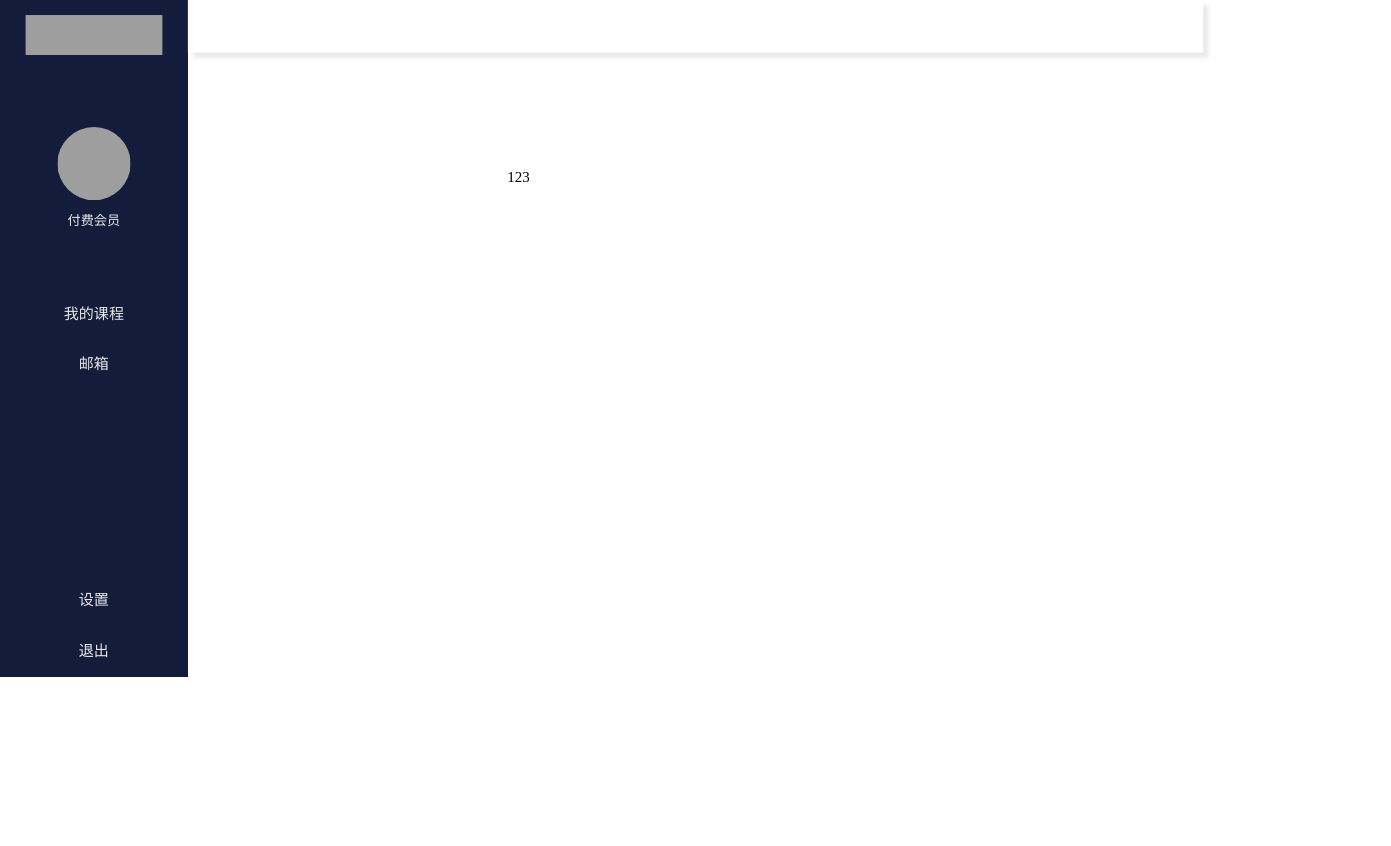
Repository: saswhite/banyuan-class
Page: / (app in 9.14作业/)
The author's editor kept a copy of each file at every save. The page is drawn from the files as they stood at one save, then again after the next save.
The browser window is 1280 px wide. The page is 1480 px wide, so the pictures cover 1480 px, including what lies to the right of the window. The pictures show the whole page, at 94% of full size.
Pictures or frames that could not be fetched are drawn as grey boxes. The project was rebuilt for these pictures with package versions that can differ from the ones it lists, and the page was loaded fresh each time.

Above is the page before, as saved 2020-09-14 16:39:32.

After the next save:
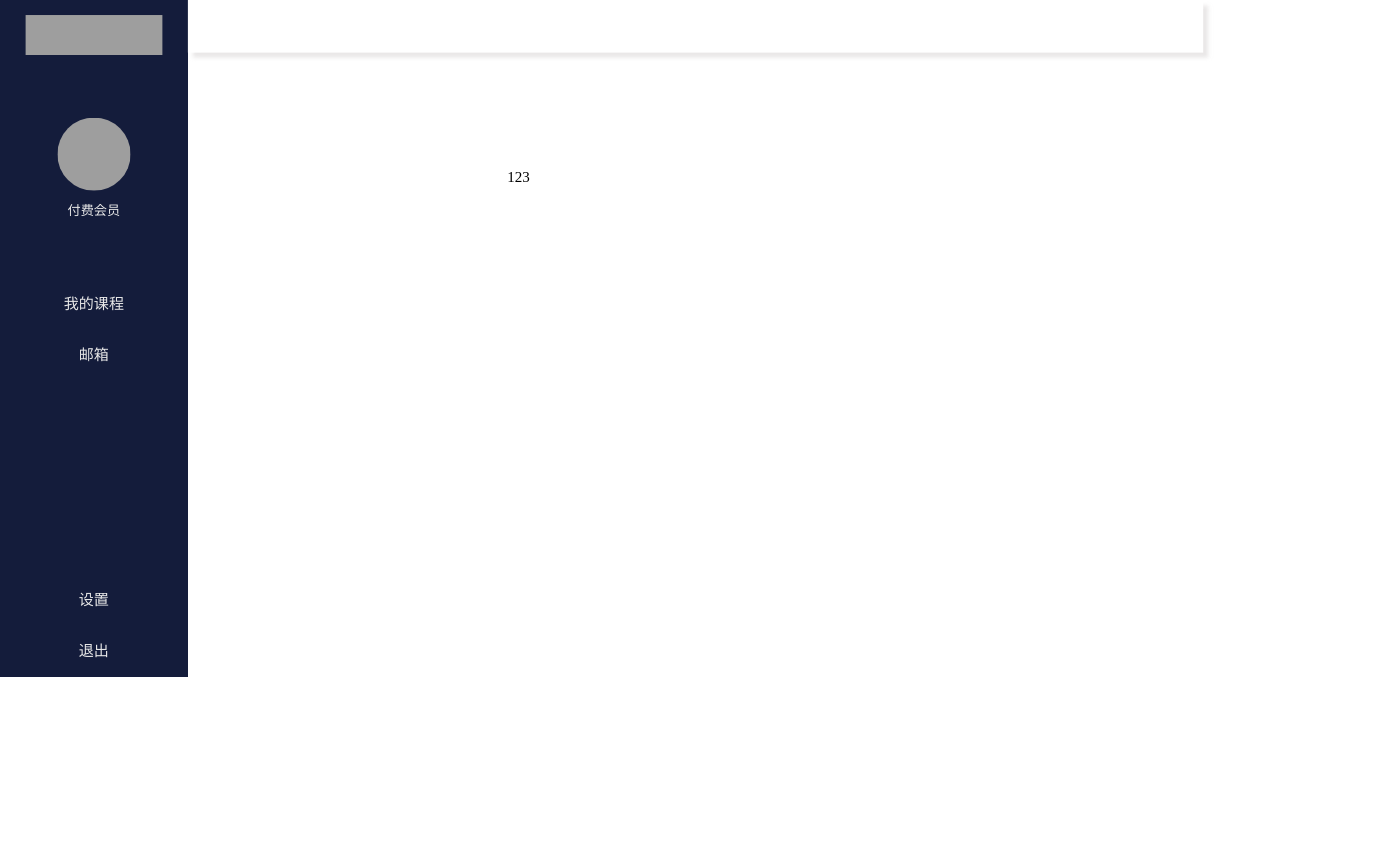
Saved 12 s later.
--- a/9.14作业/src/App.vue
+++ b/9.14作业/src/App.vue
@@ -85,7 +85,7 @@ export default {
 }
 
 .name-container {
-  padding: 60px 0 64px;
+  padding: 50px 0 64px;
   display: flex;
   flex-direction: column;
   align-items: center;
